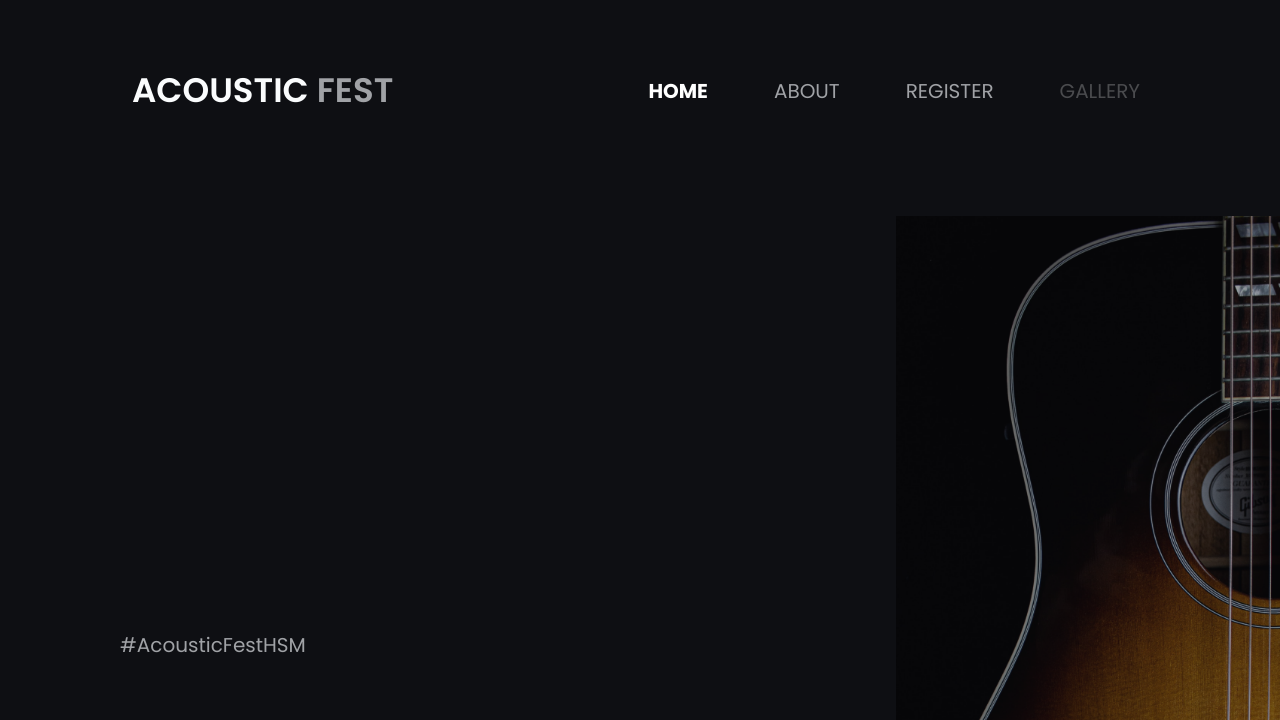
Repository: piyushiso/piyushiso.github.io
Page: event/acousticfest/index.html
The author's editor kept a copy of each file at every save. The page is drawn from the files as they stood at one save, then again after a run of saves.
The browser window is 1280 px wide. The pictures show the whole page.
Some web fonts or font styles are not loaded; a fallback is used.

Above is the page before, as saved 2022-05-17 18:19:29.

### event/acousticfest/index.html
<html lang="en">
<head>
    <meta charset="UTF-8">
    <meta http-equiv="X-UA-Compatible" content="IE=edge">
    <meta name="viewport" content="width=device-width, initial-scale=1.0">
    <link href="https://cdn.jsdelivr.net/npm/bootstrap@5.2.0-beta1/dist/css/bootstrap.min.css" rel="stylesheet" integrity="sha384-0evHe/X+R7YkIZDRvuzKMRqM+OrBnVFBL6DOitfPri4tjfHxaWutUpFmBp4vmVor" crossorigin="anonymous">
    <link href="https://unpkg.com/aos@2.3.1/dist/aos.css" rel="stylesheet">
    <link href="styles/style.css" rel="stylesheet" type="text/css"/>
    <title>Acoustic Fest 2022</title>
</head>
<body>
    <nav class="navbar navbar-expand-lg fixed-top navbar-dark bg-dark">
        <div class="container-fluid">
          <a class="navbar-brand" href="#"><span class="primary">ACOUSTIC</span> FEST</a>
          <div class="d-flex">
            <button class="navbar-toggler" type="button" data-bs-toggle="collapse" data-bs-target="#navbarSupportedContent" aria-controls="navbarSupportedContent" aria-expanded="false" aria-label="Toggle navigation">
                <span class="navbar-toggler-icon"></span>
            </button>
            <div class="collapse navbar-collapse" id="navbarSupportedContent">
                <ul class="navbar-nav me-auto mb-2 mb-lg-0">
                    <li class="nav-item primary">
                        <a class="nav-link active" aria-current="page" href="#">HOME</a>
                    </li>
                    <li class="nav-item">
                        <a class="nav-link secondary" href="#">ABOUT</a>
                    </li>
                    <li class="nav-item">
                        <a class="nav-link secondary" href="#">REGISTER</a>
                    </li>
                    <li class="nav-item secondary">
                        <a class="nav-link disabled" href="#">GALLERY</a>
                    </li>
                </ul>
            </div>
          </div>
        </div>
    </nav>
    <div class="components">
        <div data-aos="fade-left" data-aos-duration="1000" class="fixed-bottom hashtag">
            <span class="secondary">#AcousticFestHSM</span>
        </div>
    </div>
    <script src="https://cdn.jsdelivr.net/npm/bootstrap@5.2.0-beta1/dist/js/bootstrap.bundle.min.js" integrity="sha384-pprn3073KE6tl6bjs2QrFaJGz5/SUsLqktiwsUTF55Jfv3qYSDhgCecCxMW52nD2" crossorigin="anonymous"></script>
    <script src="https://unpkg.com/aos@2.3.1/dist/aos.js"></script>
    <script src="https://ajax.googleapis.com/ajax/libs/jquery/3.6.0/jquery.min.js"></script>
    <script src="scripts/script.js"></script>
</body>
</html>

### event/acousticfest/styles/style.css
@import url('https://fonts.googleapis.com/css2?family=Montserrat:wght@100&family=Poppins:wght@100;400;500;600;700&display=swap');
@import url('http://fonts.cdnfonts.com/css/choco-cookies');

:root {
    --bg: #0E0F13;
    --primary: #FAFCFD;
    --secondary: #A0A2A6;
    --main-font: 'Poppins', sans-serif;
    --secondary-font: 'Choco Cookies', sans-serif;
    --bold: 700;
    --semi-bold: 600;
    --medium: 500;
    --regular: 400;
    --t1: 64px;
    --t2: 60px;
    --t3: 38px;
    --t4: 34px;
    --t5: 30px;
    --t6: 24px;
    --t7: 20px;
    --gap-x: 120px;
    --gap-y: 60px;
    --gap-sub: 30px;
}

body{
    background: var(--bg);
    color: var(--primary);
    font-family: var(--main-font);
    font-weight: var(--medium);
    font-size: var(--t6);
    letter-spacing: 5% !important;
    background-image: url("../assets/images/background.png");
    background-repeat: no-repeat;
    background-attachment: fixed;
    background-position: bottom right;
    background-size: 30% 70%;
}

nav {
    background: var(--bg) !important;
    padding: var(--gap-y) var(--gap-x)!important;
}

.navbar-dark, .bg-dark{
    background: var(--bg) !important;
    color: var(--primary);
}

.navbar-brand{
    font-size: var(--t4);
    color: var(--secondary);
    font-weight: var(--semi-bold);
}

.nav-item a{
    font-size: var(--t7);
    font-weight: var(--regular);
}

.active{
    font-weight: var(--bold) !important;
}

.navbar ul li{
    padding-left: 50px;
}

.primary{
    color: var(--primary);
}

.secondary{
    color: var(--secondary);
}

.components{
    padding: var(--gap-y) var(--gap-x);
}

.hashtag{
    padding: inherit;
    font-size: var(--t7);
    color: red;
    font-weight: var(--regular);
}

.hashtag:hover{
    color: var(--primary);
}

### event/acousticfest/scripts/script.js
AOS.init()
$('.hashtag').click(function () {
    alert("HEY")
})

After the next 2 saves:
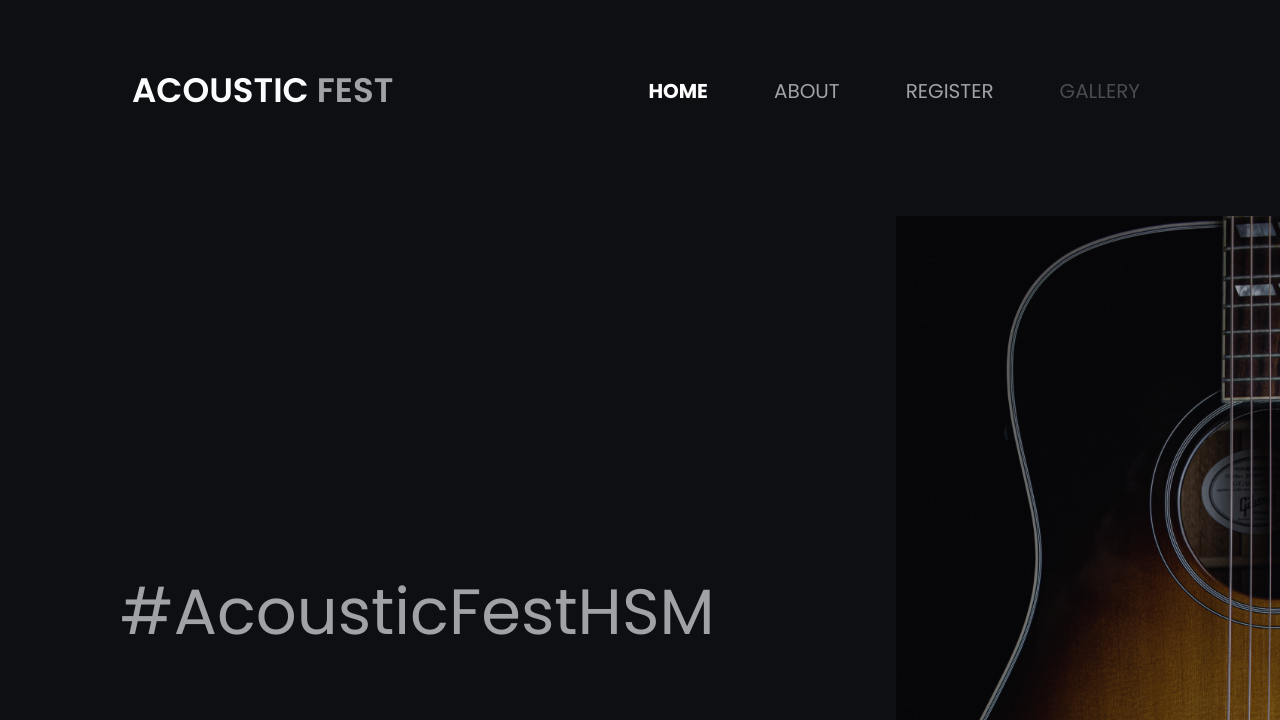
The 2 saves are shown as one change because they came seconds apart.
The last was saved 25 s later.
--- a/event/acousticfest/styles/style.css
+++ b/event/acousticfest/styles/style.css
@@ -80,8 +80,7 @@
 
 .hashtag{
     padding: inherit;
-    font-size: var(--t7);
-    color: red;
+    font-size: var(--t1);
     font-weight: var(--regular);
 }
 

After the save that followed:
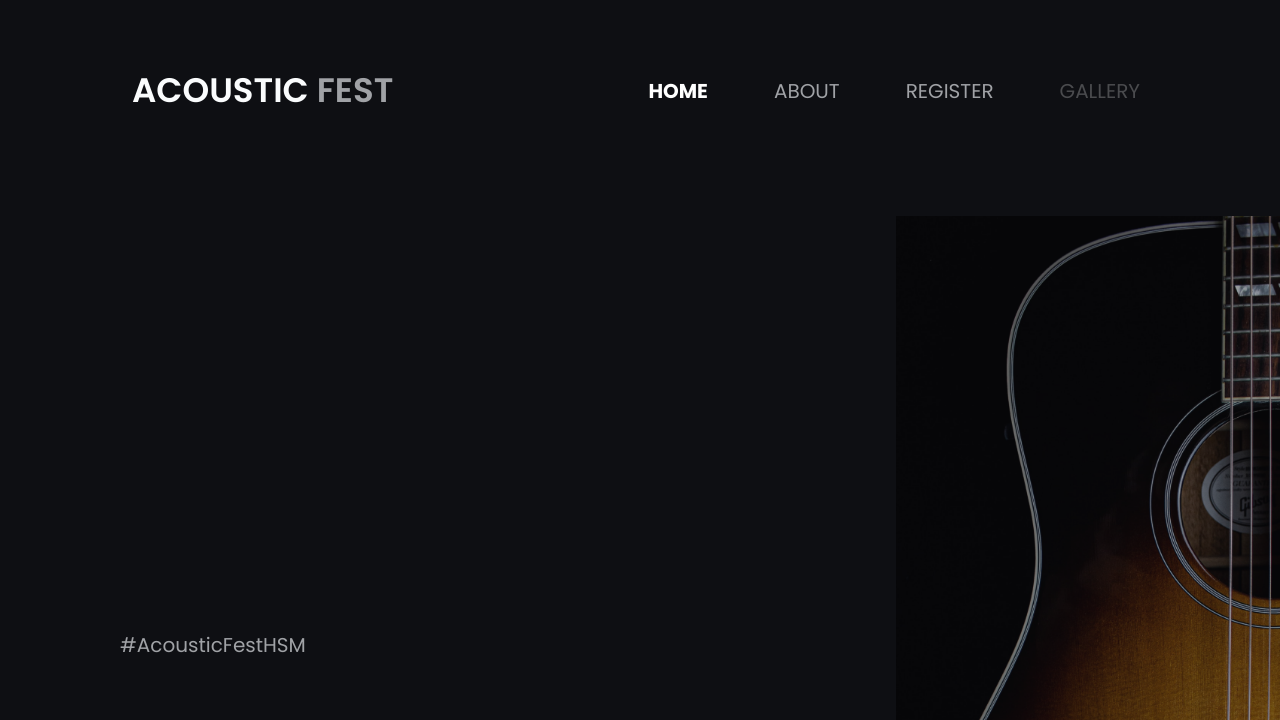
Saved 4 s later.
--- a/event/acousticfest/styles/style.css
+++ b/event/acousticfest/styles/style.css
@@ -80,7 +80,7 @@
 
 .hashtag{
     padding: inherit;
-    font-size: var(--t1);
+    font-size: var(--t7);
     font-weight: var(--regular);
 }
 
